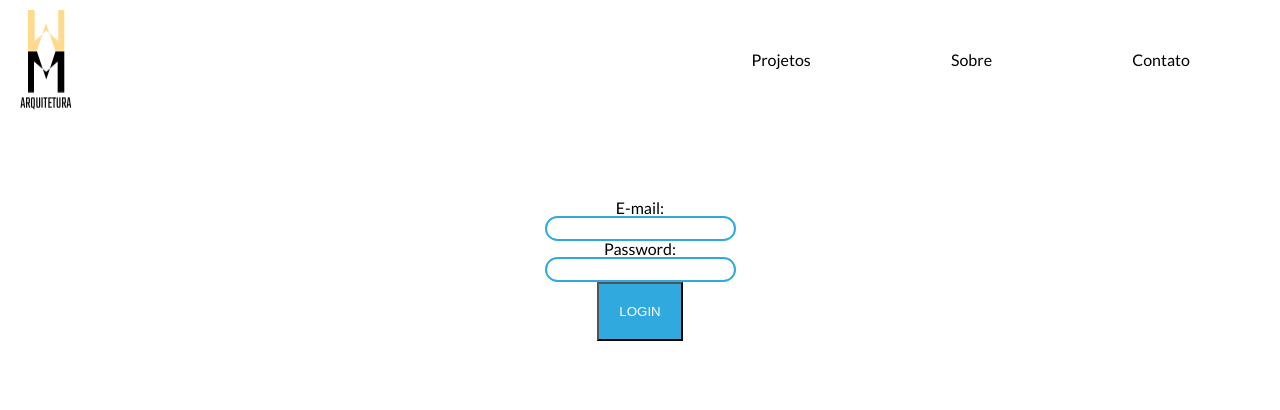
Repository: Luandro-com/wmedeiros
Page: /login
The author's editor kept a copy of each file at every save. The page is drawn from the files as they stood at one save, then again after the next save.
The browser window is 1280 px wide. The pictures show the whole page.
The project was rebuilt for these pictures with package versions that can differ from the ones it lists, and the page was loaded fresh each time. Also part of the build but not shown: src/components/App.css, src/components/Projects.css, src/components/Projects.js, src/components/About.js, src/components/Contact.js.

Above is the page before, as saved 2018-02-07 16:34:03.

After the next save:
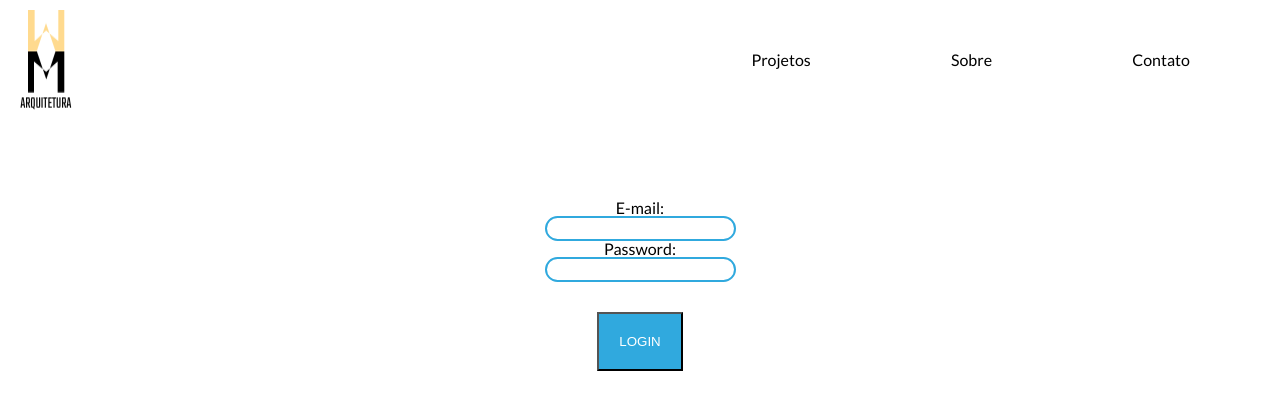
Saved 19 s later.
--- a/src/components/Login.css
+++ b/src/components/Login.css
@@ -6,7 +6,7 @@
 }
 
 .Login form > * {
-  padding: 30px 0;
+  margin: 30px 0;
 }
 
 .Login input {

After the save that followed:
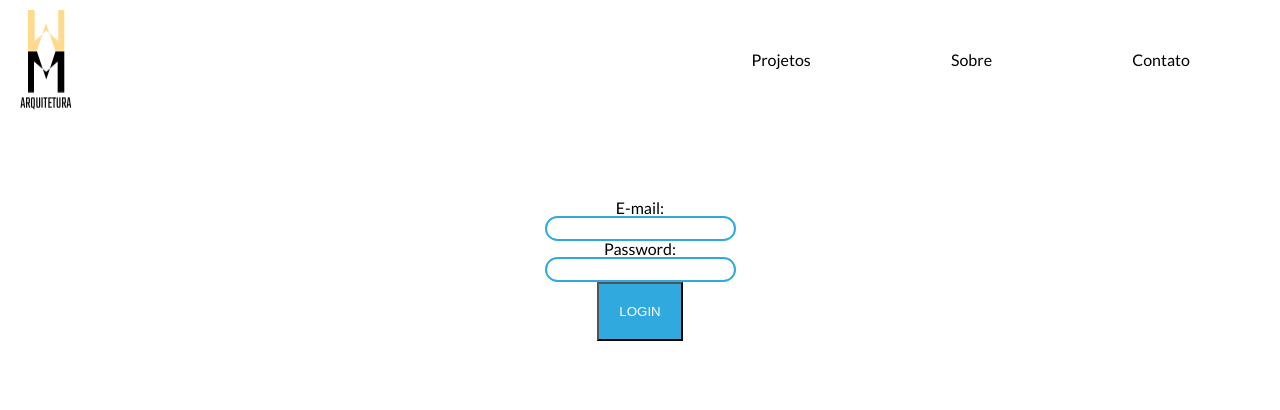
Saved 25 s later.
--- a/src/components/Login.css
+++ b/src/components/Login.css
@@ -5,8 +5,8 @@
   padding-top: 80px;
 }
 
-.Login form > * {
-  margin: 30px 0;
+.Login label {
+  padding: 30px 0;
 }
 
 .Login input {
